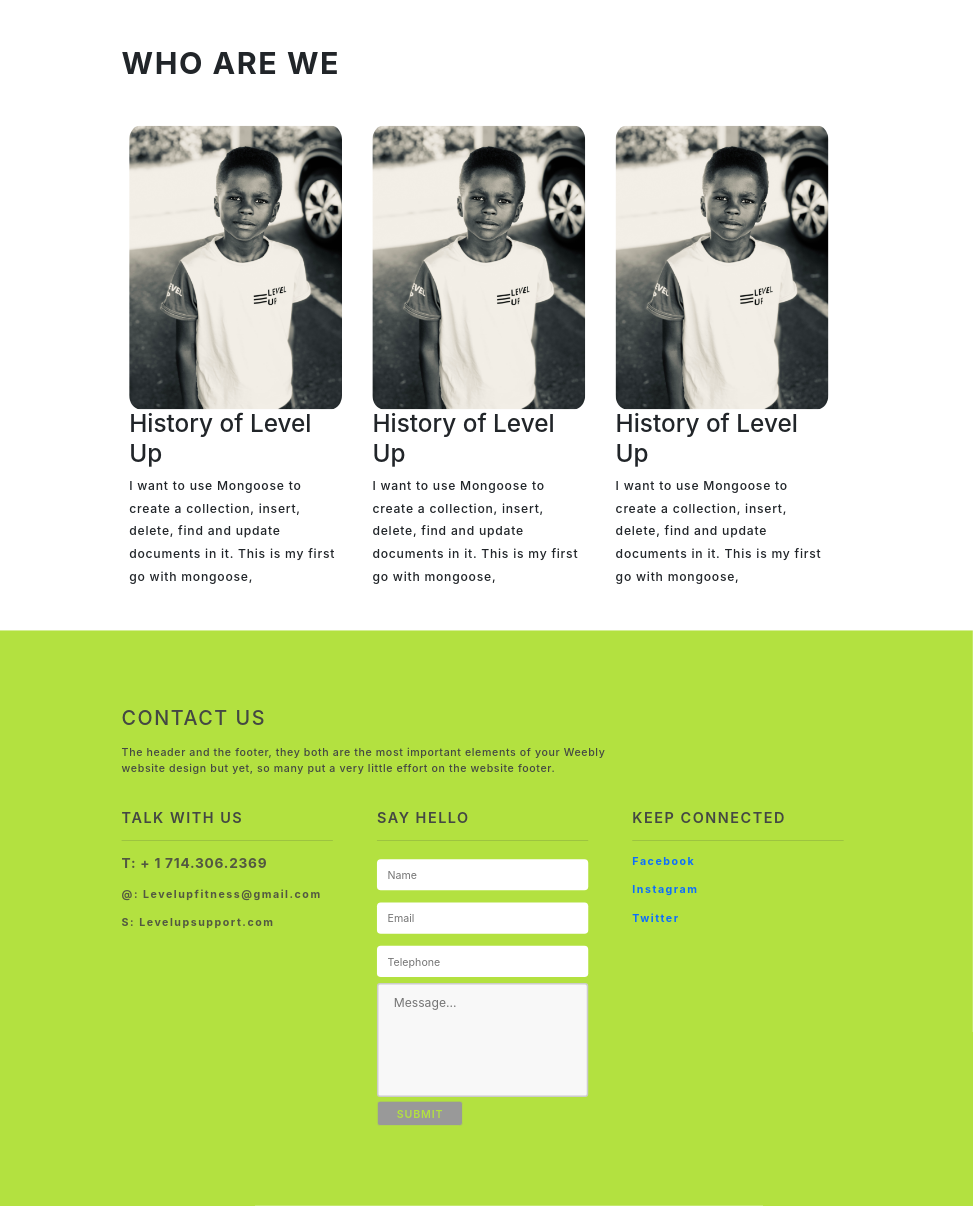
Repository: Bojurie/Level-up
Page: /about (app in client/)
These files come from the project's save history. The page is drawn as it stood at one moment and after the next save; the edit follows.
The browser window is 1280 px wide. The pictures show the part of the page from y = 314 to 1901 px (the page is 1901 px tall before and 1659 px after), at 76% of full size.
Some web fonts or font styles are not loaded; a fallback is used. Some web libraries are served in a nearby version. The project was rebuilt for these pictures with package versions that can differ from the ones it lists, and the page was loaded fresh each time. Also part of the build but not shown: client/src/components/Carousel.js, client/src/components/HomeVlog.css, client/src/components/HomeVlog.js, client/src/components/homeProducts.css, client/src/components/HomeProducts.js, client/src/components/Card.js, client/src/components/HomeShop.css, client/src/components/HomeShop.js and 10 more. Imported but missing from the stored project, and not drawn on this page: client/src/components/Chart.

Above is the page before, as saved 2022-11-30 16:05:05.

After the next save:
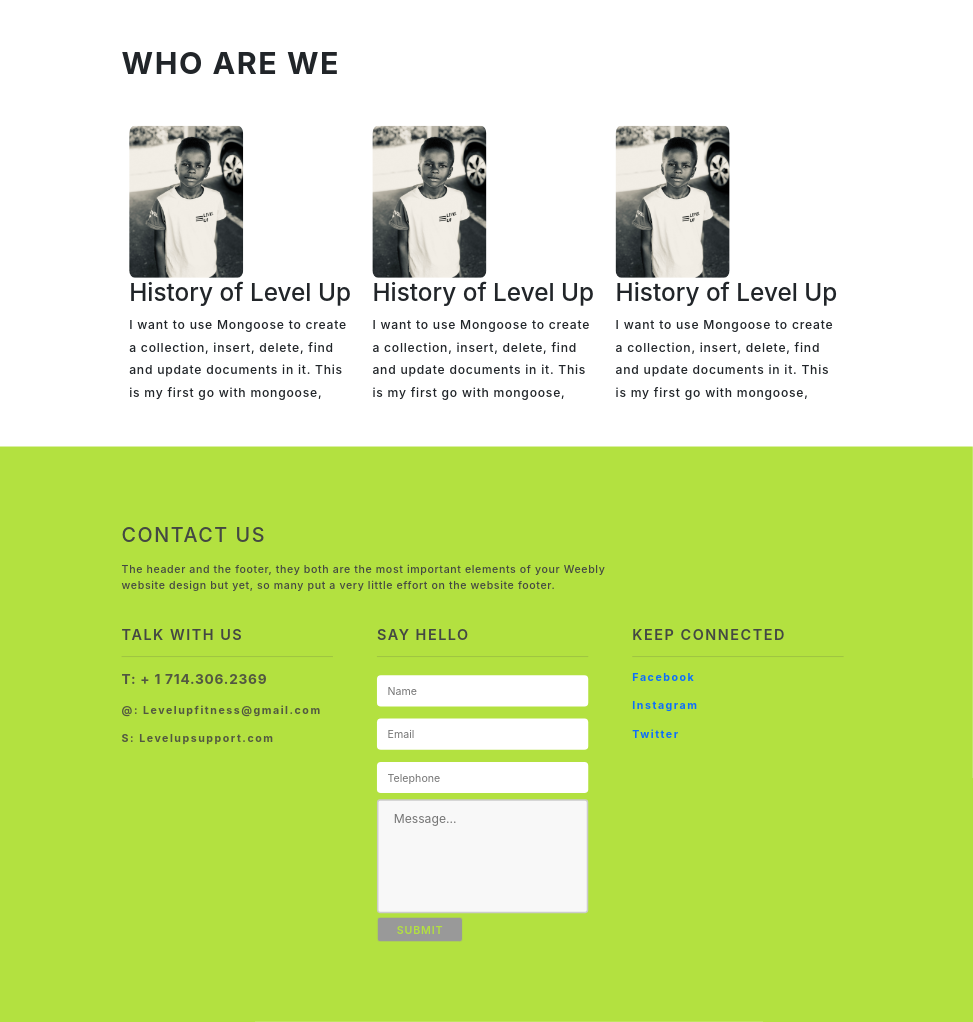
Saved 89 s later.
--- a/client/src/pages/About.css
+++ b/client/src/pages/About.css
@@ -33,3 +33,8 @@
     margin: 0 auto;
     width: 300px;
 }
+
+.history-img {
+  width: 300px;
+  height: 200px;
+}
